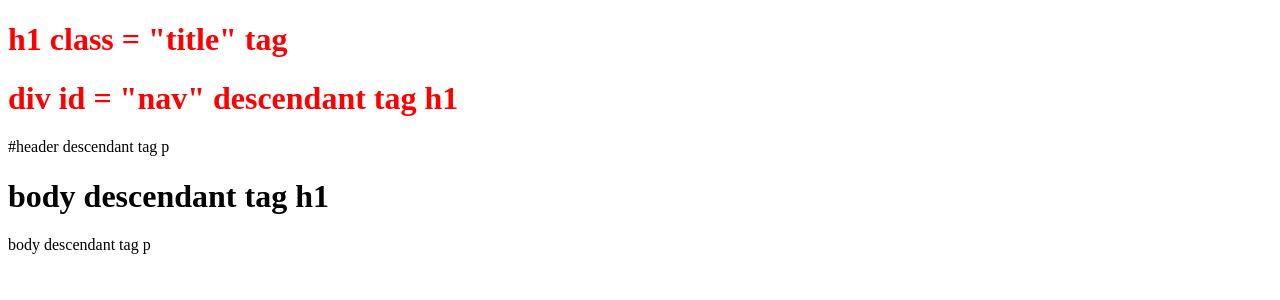
Repository: LucestDail/WebEclipse-Workspace
Page: htmlProject/WebContent/cssEx4.html
An editor plug-in stored every save of this project. The page is shown before and after the next save, followed by the edit.
The browser window is 1280 px wide. The pictures show the whole page.

Above is the page before, as saved 2020-11-06 05:54:06.

### htmlProject/WebContent/cssEx4.html
<!DOCTYPE html>
<html>
<head>
<meta charset="UTF-8">
<title>Descendant selector</title>
<style type = "text/css">
	#header
	h1{
		color : red;
	}

</style>
</head>
<body>
<div id = "header">
	<h1 class = "title"> h1 class = "title" tag</h1>
	<div id = "nav">
		<h1> div id = "nav" descendant tag h1</h1>
	</div>
	<p>#header descendant tag p
</div>
<h1 id = "content"> body descendant tag h1</h1>
<p> body descendant tag p
</body>
</html>

After the next save:
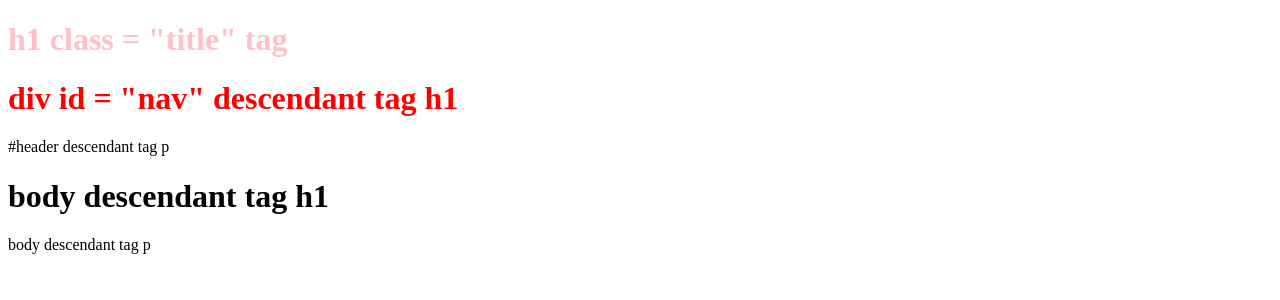
Saved 111 s later.
--- a/htmlProject/WebContent/cssEx4.html
+++ b/htmlProject/WebContent/cssEx4.html
@@ -7,6 +7,9 @@
 	#header
 	h1{
 		color : red;
+	}
+	#header > h1{
+		color :pink;
 	}
 
 </style>
